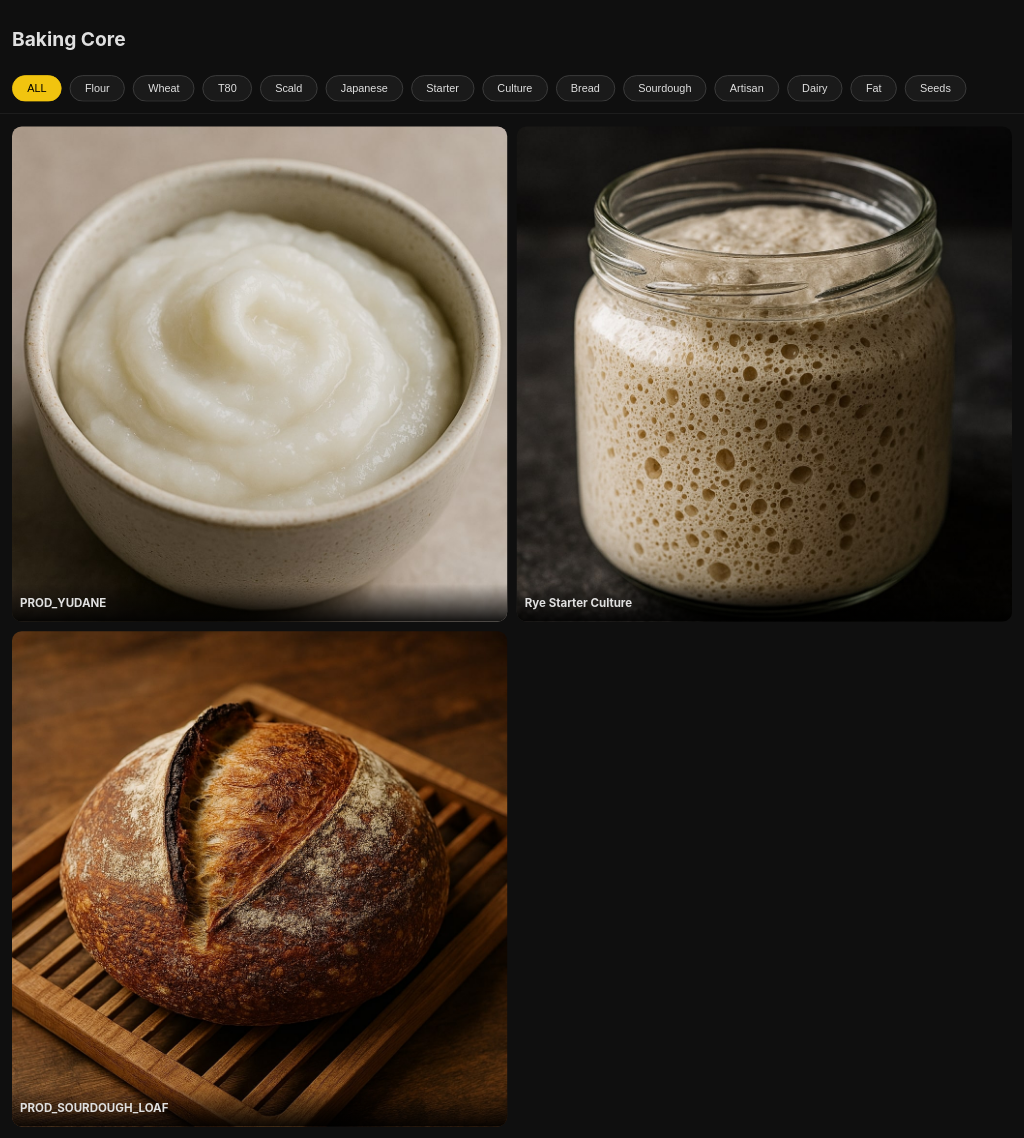
Repository: dkg11hu/baking-core
Page: index.html
The author's editor kept a copy of each file at every save. The page is drawn from the files as they stood at one save, then again after the next save.
The browser window is 1280 px wide. The pictures show the whole page, at 80% of full size.

Above is the page before, as saved 2026-01-02 13:45:43.

After the next save:
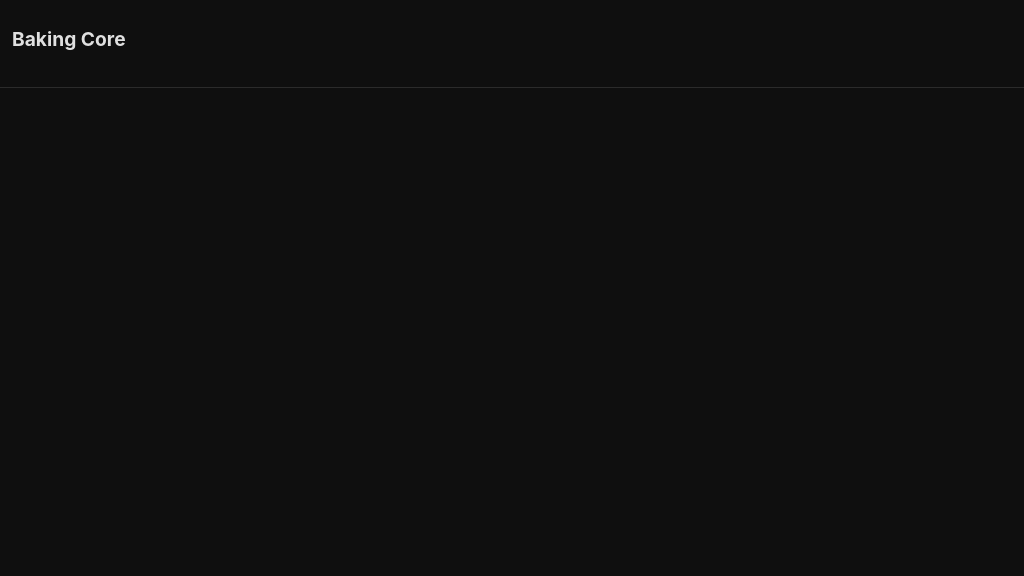
Saved 31 min 43 s later.
--- a/app.js
+++ b/app.js
@@ -1,22 +1,18 @@
-import { GraphResolver } from './src/Graph/Core/Resolver.mjs';
-import { Calculator } from './src/Graph/Logic/Calculator.mjs';
-
-let ssot, locale, currentProcess, currentStepIdx = 0;
+import { State } from './src/UI/State.mjs';
+import { Gallery } from './src/UI/Gallery.mjs';
+import { Driver } from './src/UI/Driver.mjs';
 
 async function boot() {
     try {
-        const [ssotRes, localeRes] = await Promise.all([
-            fetch('./data/Store/Registry/definitions.json'),
-            fetch('./data/Store/Locale/en.json')
-        ]);
+        const data = await State.init();
 
-        if (!ssotRes.ok || !localeRes.ok) throw new Error("Database files not found.");
+        // Initial view
+        Gallery.render(data.ssot, data.locale);
 
-        ssot = await ssotRes.json();
-        locale = await localeRes.json();
-
-        renderFilterChips();
-        renderGallery();
+        // Window hooks for index.html onclick events
+        window.filterByTag = (tag) => Gallery.filter(tag, data.ssot, data.locale);
+        window.startWorkflow = (id) => Driver.start(id, data.ssot, data.locale);
+        window.changeStep = (delta) => Driver.move(delta, data.ssot, data.locale);
 
         console.log("Mobile Driver Ready.");
     } catch (err) {
@@ -24,77 +20,4 @@ async function boot() {
     }
 }
 
-// Gather unique industry tags for filtering
-function renderFilterChips() {
-    const chipContainer = document.getElementById('filter-chips');
-    const tags = new Set(['ALL']);
-    Object.values(ssot.registry).forEach(item => {
-        if (item.industry_tags) item.industry_tags.forEach(t => tags.add(t));
-    });
-
-    chipContainer.innerHTML = Array.from(tags).map(tag => `
-        <button class="chip ${tag === 'ALL' ? 'active' : ''}"
-                onclick="filterByTag('${tag}')">${tag}</button>
-    `).join('');
-}
-
-window.filterByTag = (tag) => {
-    document.querySelectorAll('.chip').forEach(c => c.classList.toggle('active', c.innerText === tag));
-    renderGallery(tag);
-};
-
-function renderGallery(filterTag = 'ALL') {
-    const grid = document.getElementById('tile-grid');
-    const products = Object.entries(ssot.registry).filter(([_, item]) => {
-        return item.type === 'BRANCH' && (filterTag === 'ALL' || item.industry_tags?.includes(filterTag));
-    });
-
-    grid.innerHTML = products.map(([id, data]) => `
-        <div class="tile" onclick="startWorkflow('${id}')"
-             style="background-image: url('${data.ui_features?.tile_photo || ''}')">
-            <div class="tile-label"><strong>${locale[id] || id}</strong></div>
-        </div>
-    `).join('');
-}
-
-window.startWorkflow = (id) => {
-    currentProcess = { id, ...ssot.registry[id] };
-    currentStepIdx = 0;
-    document.getElementById('browser-view').classList.add('hidden');
-    document.getElementById('workflow-view').classList.remove('hidden');
-    updateWorkflowUI();
-};
-
-window.changeStep = (delta) => {
-    const sequence = currentProcess.ui_features.workflow_sequence;
-    const nextIdx = currentStepIdx + delta;
-
-    if (nextIdx >= 0 && nextIdx < sequence.length) {
-        currentStepIdx = nextIdx;
-        updateWorkflowUI();
-    } else if (nextIdx < 0) {
-        document.getElementById('browser-view').classList.remove('hidden');
-        document.getElementById('workflow-view').classList.add('hidden');
-    }
-};
-
-function updateWorkflowUI() {
-    const sequence = currentProcess.ui_features.workflow_sequence;
-    const stepKey = sequence[currentStepIdx];
-    const video = currentProcess.ui_features.video_ref;
-    const photo = currentProcess.ui_features.tile_photo;
-
-    const mediaStage = document.getElementById('media-stage');
-    // Logic-blind media selector: Video for instructions, Photo for results
-    mediaStage.innerHTML = video ?
-        `<video src="${video}" controls autoplay muted loop></video>` :
-        `<img src="${photo}">`;
-
-    document.getElementById('step-description').innerHTML = `
-        <small>${currentProcess.industry_tags?.join(' • ') || ''}</small>
-        <h2>${locale[stepKey] || stepKey}</h2>
-        <p>Step ${currentStepIdx + 1} of ${sequence.length}</p>
-    `;
-}
-
 boot();

After the 2 saves that followed:
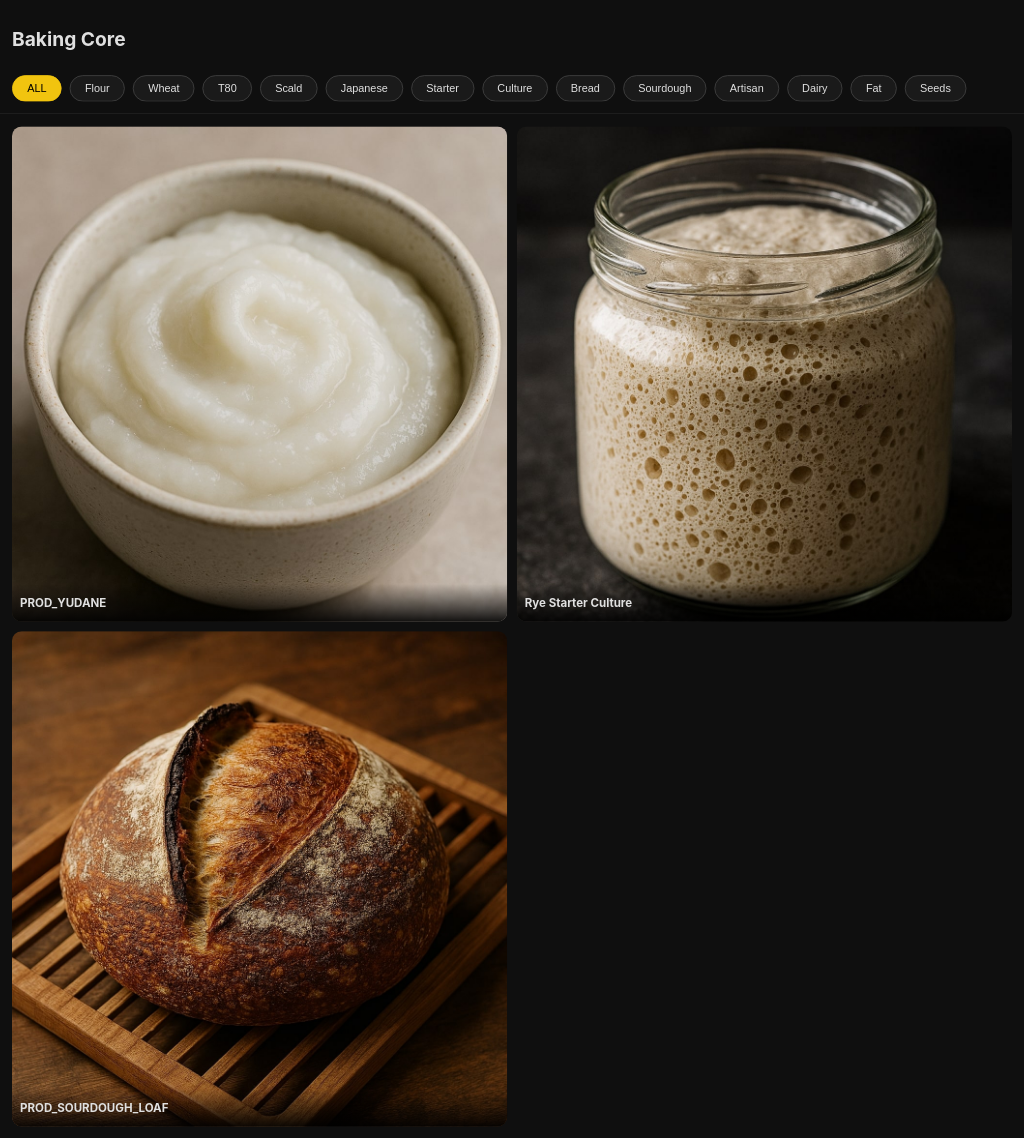
The 2 saves are shown as one change because 1 left the picture as it was.
The last was saved 32 s later.
--- a/src/UI/Gallery.mjs
+++ b/src/UI/Gallery.mjs
@@ -1,18 +1,37 @@
 import { MediaHelper } from './MediaHelper.mjs';
 
 export const Gallery = {
+    render(ssot, locale) {
+        const chipContainer = document.getElementById('filter-chips');
+        const tags = new Set(['ALL']);
+
+        Object.values(ssot.registry).forEach(item => {
+            if (item.industry_tags) item.industry_tags.forEach(t => tags.add(t));
+        });
+
+        chipContainer.innerHTML = Array.from(tags).map(tag => `
+            <button class="chip ${tag === 'ALL' ? 'active' : ''}"
+                    onclick="filterByTag('${tag}')">${tag}</button>
+        `).join('');
+
+        this.filter('ALL', ssot, locale);
+    },
+
     filter(tag, ssot, locale) {
         const grid = document.getElementById('tile-grid');
-        const items = Object.entries(ssot.registry).filter(([_, data]) =>
-            data.type === 'BRANCH' && (tag === 'ALL' || data.industry_tags?.includes(tag))
-        );
+        document.querySelectorAll('.chip').forEach(c => c.classList.toggle('active', c.innerText === tag));
+
+        const items = Object.entries(ssot.registry).filter(([_, item]) => {
+            return item.type === 'BRANCH' && (tag === 'ALL' || item.industry_tags?.includes(tag));
+        });
 
         grid.innerHTML = items.map(([id, data]) => {
+            const fallback = MediaHelper.getFallbackSVG(id);
             const imgUrl = MediaHelper.safeImage(data.ui_features?.tile_photo, id);
             return `
-                <div class="tile" onclick="startWorkflow('${id}')"
-                     style="background-image: url('${imgUrl}')">
-                    <div class="tile-label">${locale[id] || id}</div>
+                <div class="tile" onclick="startWorkflow('${id}')">
+                    <img src="${imgUrl}" onerror="this.src='${fallback}'; this.onerror=null;">
+                    <div class="tile-label"><strong>${locale[id] || id}</strong></div>
                 </div>
             `;
         }).join('');
--- a/src/UI/MediaHelper.mjs
+++ b/src/UI/MediaHelper.mjs
@@ -1,8 +1,4 @@
 export const MediaHelper = {
-    /**
-     * Generates a programmatic SVG fallback
-     * @param {string} label - Usually the Product ID (e.g., PROD_001)
-     */
     getFallbackSVG(label = "Baking Core") {
         const svg = `
             <svg xmlns='http://www.w3.org/2000/svg' viewBox='0 0 100 100'>
@@ -12,19 +8,13 @@ export const MediaHelper = {
                 <text x='50%' y='85%' text-anchor='middle' fill='#888' font-size='6' font-family='monospace' letter-spacing='1'>
                     ${label.toUpperCase()}
                 </text>
-            </svg>
-        `.trim();
-
+            </svg>`.trim();
         return `data:[embedded picture, 36 characters])}`;
     },
 
-    /**
-     * Checks if a string is a valid URL or path
-     */
     safeImage(url, altLabel) {
-        if (!url || url.length < 3) {
-            return this.getFallbackSVG(altLabel);
-        }
+        // If path is missing or too short, use SVG
+        if (!url || url.length < 3) return this.getFallbackSVG(altLabel);
         return url;
     }
 };
